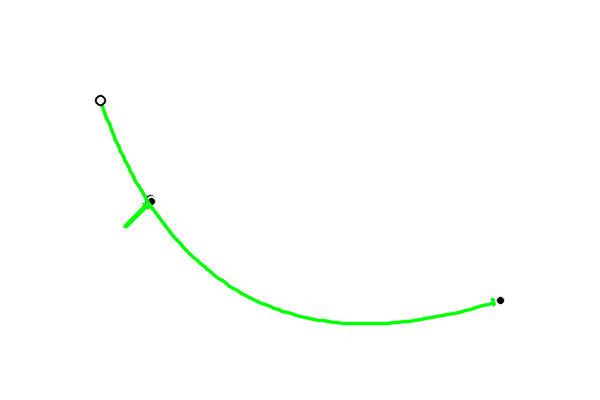
Repository: lilianna111/PiLoT_v2_rebuttal
Script's output: python Pilot_0528/preprocess/vis/vis_feicuiwan/test.py
An editor plug-in stored every save of this project. The script's output is shown before and after the next save, followed by the edit.
Random numbers start from a fixed seed.

Above is the script's output before, as saved 2025-07-31 12:36:26.

After the next save:
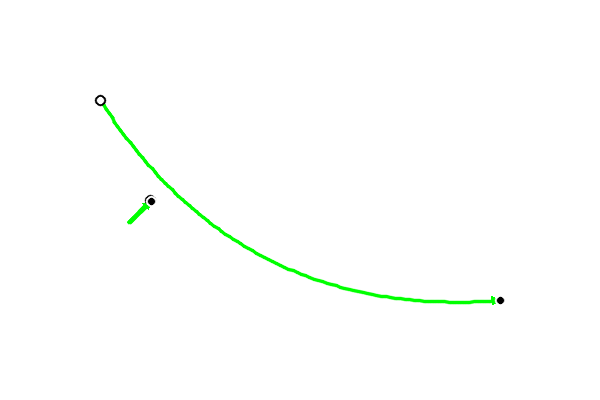
Saved 117 s later.
--- a/Pilot_0528/preprocess/vis/vis_feicuiwan/test.py
+++ b/Pilot_0528/preprocess/vis/vis_feicuiwan/test.py
@@ -2,33 +2,27 @@ import cv2
 import numpy as np
 
 def draw_curved_arrow(img, pt1, pt2, color=(0, 255, 0), thickness=2,
-                      arrow_size=8, bend_base=40, min_virtual_len=80, bend_factor=0.4):
+                      arrow_size=8, curve_height=60):
     """
-    绘制 pt1 → pt2 的平滑曲线箭头。即使距离很近，也能突出显示连接感。
-    - bend_base: 最小弯曲幅度
-    - min_virtual_len: 最小“视距”（拉长虚拟长度判断）
-    - bend_factor: 决定弯曲强度的系数
+    绘制从 pt1 到 pt2 的大弧度柔和箭头。
+    - curve_height: 控制“弧线往外鼓出多少像素”（越大越张开）
     """
     pt1 = np.array(pt1, dtype=np.float32)
     pt2 = np.array(pt2, dtype=np.float32)
-    direction = pt2 - pt1
-    length = np.linalg.norm(direction)
+    chord = pt2 - pt1
+    length = np.linalg.norm(chord)
+    if length < 1e-6:
+        return
 
-    if length < 1e-6:
-        return  # 太近直接忽略
-
-    # ===== 曲线方向与法向 =====
-    dir_unit = direction / (length + 1e-6)
+    dir_unit = chord / length
     ortho = np.array([-dir_unit[1], dir_unit[0]])
 
-    # 虚拟延展视距（用于近点增强视觉）
-    virtual_len = max(length, min_virtual_len)
+    # 控制点在中点处向正交方向突出一定距离（控制弧度）
+    midpoint = (pt1 + pt2) / 2
+    height = curve_height if length < 80 else length * 0.3
+    ctrl = midpoint + ortho * height
 
-    # 控制点弯曲偏移
-    bend = bend_factor * virtual_len + bend_base
-    ctrl = (pt1 + pt2) / 2 + ortho * bend
-
-    # 曲线采样：pt1 → ctrl → pt2 的二次贝塞尔
+    # 二次贝塞尔插值
     curve = []
     for t in np.linspace(0, 1, 100):
         p = (1 - t) ** 2 * pt1 + 2 * (1 - t) * t * ctrl + t ** 2 * pt2
@@ -38,19 +32,18 @@ def draw_curved_arrow(img, pt1, pt2, color=(0, 255, 0), thickness=2,
     for i in range(len(curve) - 1):
         cv2.line(img, curve[i], curve[i + 1], color, thickness, cv2.LINE_AA)
 
-    # 箭头头部
+    # 箭头
     p_tip = np.array(curve[-1], dtype=np.float32)
     p_base = np.array(curve[-5], dtype=np.float32)
     dir_vec = p_tip - p_base
     dir_vec /= (np.linalg.norm(dir_vec) + 1e-6)
     ortho = np.array([-dir_vec[1], dir_vec[0]])
-
     left = p_tip - dir_vec * arrow_size + ortho * arrow_size * 0.5
     right = p_tip - dir_vec * arrow_size - ortho * arrow_size * 0.5
     triangle = np.array([p_tip, left, right], dtype=np.int32)
     cv2.fillPoly(img, [triangle], color)
 
-    # 两端圆圈
+    # 起终点圆圈
     pt1i = tuple(np.round(pt1).astype(int))
     pt2i = tuple(np.round(pt2).astype(int))
     cv2.circle(img, pt1i, 5, (0, 0, 0), -1, cv2.LINE_AA)
